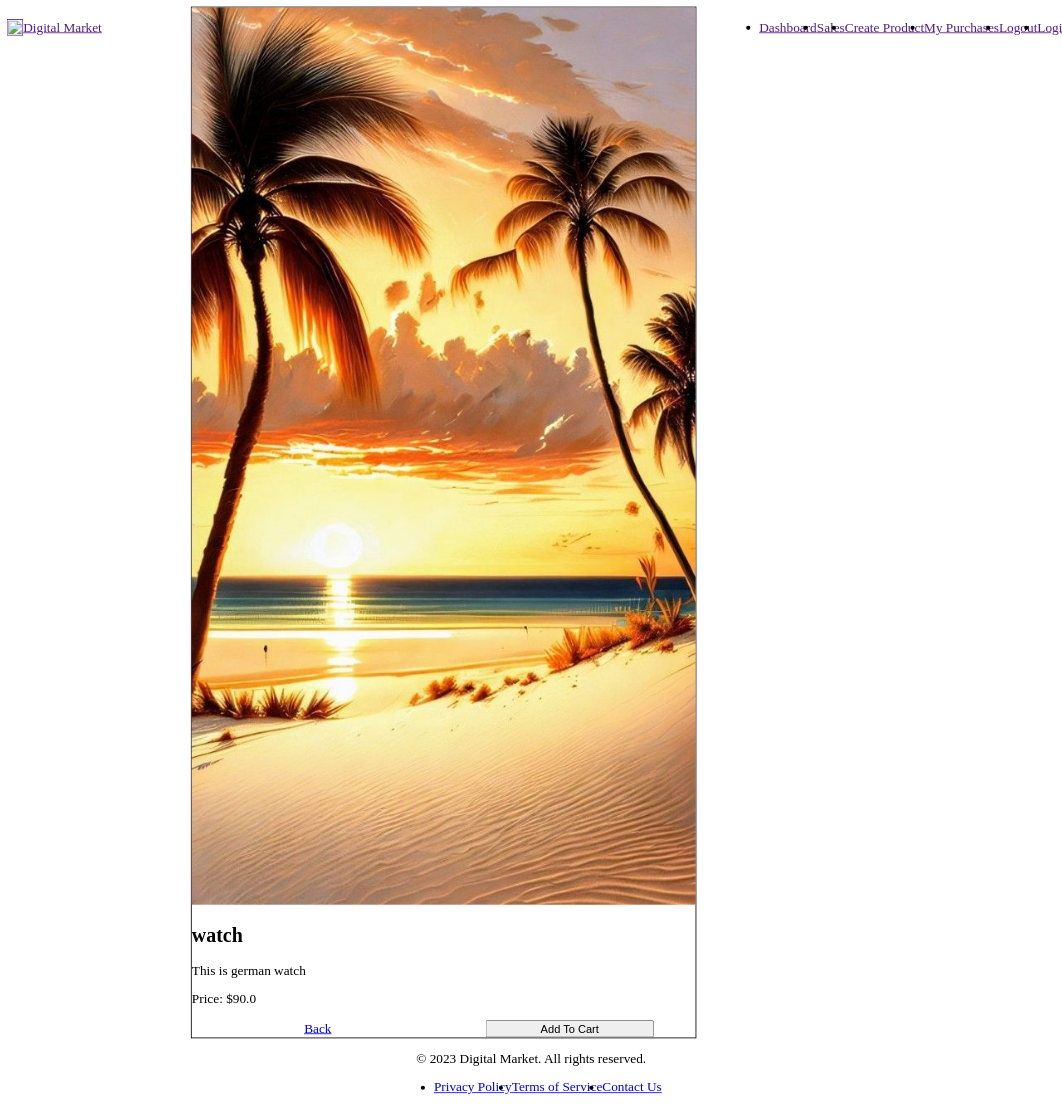
Repository: Zedestar/DigitalMarket_django
Page: http://localhost/product_details/5/
The author's editor kept a copy of each file at every save. The page is drawn from the files as they stood at one save, then again after the next save.
The browser window is 1280 px wide. The pictures show the whole page, at 83% of full size.
The page is served by the project's application, run on Django 5.2 (manage.py). Other server files are loaded and not shown. Style sheets and scripts are compiled from the project's sources, by tool versions that may differ from the author's. The page reads the database file committed with the project.

Above is the page before, as saved 2025-03-19 21:33:01.

### myapp/templates/myapp/product_details.html
{% extends 'base.html' %}
{% block body %}
    <div class="shadow-lg flex items-center justify-center h-76 w-10/12">
        <div class="shadow-lg hover:shadow-2xl w-72 border border-gray-200 rounded-sm m-2">
            <!-- Image Section (Fixed Height) -->
            <div class="w-72 h-72 bg-gray-100">
                <img src="{{ product.photo.url }}"
                     alt="{{ product.name }}"
                     class="w-72 h-72 object-center">
            </div>
            <!-- Content Section -->
            <div class="px-5 py-2 w-full">
                <h2 class="font-bold text-xl text-gray-900 truncate">{{ product.name }}</h2>
                <p class="text-gray-600 text-sm line-clamp-2">{{ product.description|truncatewords:4 }}</p>
                <p class="text-green-600 font-semibold text-md">Price: ${{ product.price }}</p>
                <div class="flex items-center justify-around  text-center">
                    <a href="{% url 'index_view' %}"
                       class="mt-1 w-1/3 bg-green-600 text-white font-medium p-1 rounded-sm hover:bg-green-700 active:bg-green-700 transition">
                        Back
                    </a>
                    <button class="mt-1 w-1/3 bg-green-500 text-white font-medium p-1 rounded-sm hover:bg-green-600 active:bg-green-700 transition">
                        Add To Cart
                    </button>
                </div>
            </div>
        </div>
    </div>
{% endblock body %}

### templates/base.html
{% load static %}
<!DOCTYPE html>
<html lang="en">
    <head>
        <meta charset="UTF-8">
        <meta name="viewport" content="width=device-width, initial-scale=1.0">
        <meta name="keywords">
        <meta name="description">
        <title>Document</title>
        <link rel="stylesheet" href="{% static 'tailwind/styles.css' %}">
    </head>
    <body class="bg-gray-200 flex flex-col min-h-screen">
        {% include 'partials/navbar.html' %}
        <main class="flex-grow mt-10 h-full">
            {% block body %}
            {% endblock body %}
        </main>
        {% include 'partials/footer.html' %}
    </body>
</html>

### templates/partials/navbar.html
<nav class="fixed top-0 w-full z-10">
    <div class="flex justify-between shadow-lg py-2 text-sm font-medium">
        <a href="" class="flex items-center justify-center ml-6">
            <img src="" alt="" height="20px" width="20px">
            <span class="mx-2 text-green-600 text-24">Digital Market</span>
        </a>
        <ul class="mr-6 flex">
            <li class="mx-4">
                <a href="">Dashboard</a>
            </li>
            <li class="mx-4">
                <a href="">Sales</a>
            </li>
            <li class="mx-4">
                <a href="">Create Product</a>
            </li>
            <li class="mx-4">
                <a href="">My Purchases</a>
            </li>
            <li class="mx-4">
                <a href="">Logout</a>
            </li>
            <li class="mx-4">
                <a href="">Login</a>
            </li>
        </ul>
    </div>
</nav>

### templates/partials/footer.html
<footer class="bg-gray-200 text-black py-1 shadow-lg bottom-0 w-full">
    <div class="container mx-auto text-center">
        <p>&copy; 2023 Digital Market. All rights reserved.</p>
        <ul class="flex justify-center">
            <li class="mx-4">
                <a href="#" class="hover:underline">Privacy Policy</a>
            </li>
            <li class="mx-4">
                <a href="#" class="hover:underline">Terms of Service</a>
            </li>
            <li class="mx-4">
                <a href="#" class="hover:underline">Contact Us</a>
            </li>
        </ul>
    </div>
</footer>

### myapp/models.py
from django.db import models

# Create your models here.


class Product(models.Model):
    name = models.CharField(max_length=100, null=False, blank=False)
    description = models.TextField()
    price = models.FloatField(null=False, blank=False)
    photo = models.ImageField(upload_to='product-photos')
    created_at = models.DateTimeField(auto_now_add=True)
    updated_at = models.DateTimeField(auto_now=True)

    def __str__(self):
        return self.name

### myapp/views.py
from django.shortcuts import render
from .models import Product

# Create your views here.


def index(request):
    products = Product.objects.all()
    context = {
        'products' : products
    }
    return render(request, 'myapp/index.html', context=context)


def product_details(request, pk):
    product = Product.objects.get(pk=pk)
    context = {
        'product' : product
    }
    return render(request, 'myapp/product_details.html', context=context)

### DigitalMarket/urls.py
"""
URL configuration for DigitalMarket project.

The `urlpatterns` list routes URLs to views. For more information please see:
    https://docs.djangoproject.com/en/5.1/topics/http/urls/
Examples:
Function views
    1. Add an import:  from my_app import views
    2. Add a URL to urlpatterns:  path('', views.home, name='home')
Class-based views
    1. Add an import:  from other_app.views import Home
    2. Add a URL to urlpatterns:  path('', Home.as_view(), name='home')
Including another URLconf
    1. Import the include() function: from django.urls import include, path
    2. Add a URL to urlpatterns:  path('blog/', include('blog.urls'))
"""
from django.contrib import admin
from django.urls import path, include
from django.conf import settings
from django.conf.urls.static import static

urlpatterns = [
    path('admin/', admin.site.urls),
    path('', include('myapp.urls')),
]

urlpatterns += static(settings.MEDIA_URL, document_root=settings.MEDIA_ROOT)

### myapp/urls.py
from .  import views
from django.urls import path

urlpatterns = [
    path('', views.index, name='index_view'),
    path('product_details/<str:pk>/', views.product_details, name='product_details'),
]

### db.sqlite3 (the tables this page reads, as SQL)
CREATE TABLE "myapp_product" ("id" integer NOT NULL PRIMARY KEY AUTOINCREMENT, "name" varchar(100) NOT NULL, "description" text NOT NULL, "price" real NOT NULL, "created_at" datetime NOT NULL, "updated_at" datetime NOT NULL, "photo" varchar(100) NOT NULL, "category_id" bigint NULL REFERENCES "myapp_category" ("id") DEFERRABLE INITIALLY DEFERRED);
INSERT INTO "myapp_product" VALUES
(5, 'watch', 'This is german watch', 90.0, '2025-03-19 15:09:57.364696', '2025-03-19 15:09:57.364696', 'product-photos/wallpaper_T6tvKyB.jpg', NULL),
(6, 'bicycle', 'THis is electric bucycle', 80.0, '2025-03-19 15:11:28.591059', '2025-03-19 15:11:28.591059', 'product-photos/wallpaper_3pVK7fH.jpg', NULL),
(7, 'Guitar', 'This is electric guiatar made with steal', 400.0, '2025-03-19 15:36:16.491002', '2025-03-19 15:36:16.496000', 'product-photos/zedddy.jpg', NULL),
(8, 'books', 'Made in China', 2.0, '2025-03-19 17:16:41.118921', '2025-03-19 17:16:41.118921', 'product-photos/tempFileForShare_20250207-083344.jpg', NULL),
(9, 'Silver Crest', 'Heavy duty', 30.0, '2025-03-19 17:18:02.422139', '2025-03-19 17:18:02.422139', 'product-photos/african_men.jpg', NULL);

Loaded but not shown: static/tailwind/tailwindClasses.css (common file)

After the next save:
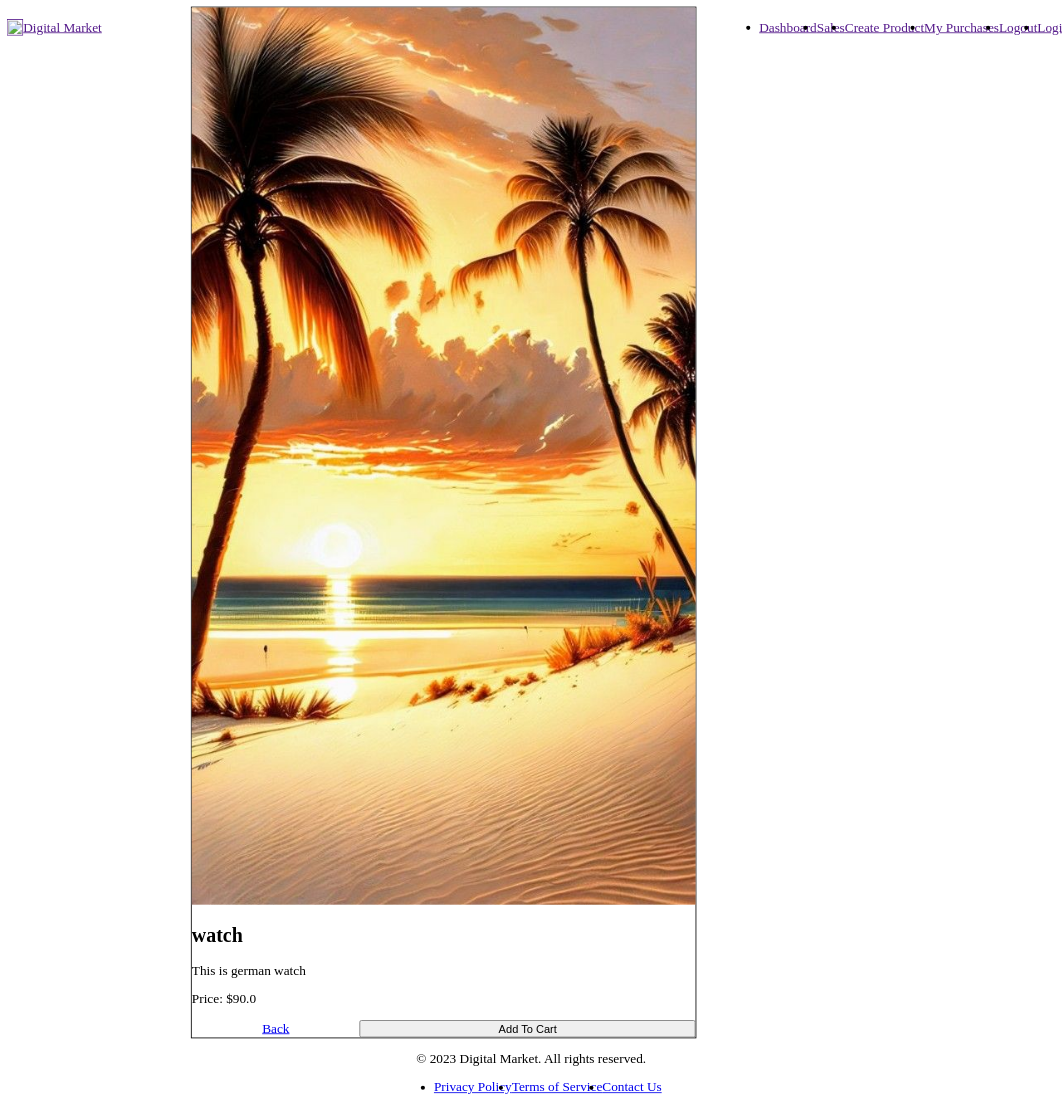
Saved 22 s later.
--- a/myapp/templates/myapp/product_details.html
+++ b/myapp/templates/myapp/product_details.html
@@ -18,7 +18,7 @@
                        class="mt-1 w-1/3 bg-green-600 text-white font-medium p-1 rounded-sm hover:bg-green-700 active:bg-green-700 transition">
                         Back
                     </a>
-                    <button class="mt-1 w-1/3 bg-green-500 text-white font-medium p-1 rounded-sm hover:bg-green-600 active:bg-green-700 transition">
+                    <button class="mt-1 w-2/3 bg-green-500 text-white font-medium p-1 rounded-sm hover:bg-green-600 active:bg-green-700 transition">
                         Add To Cart
                     </button>
                 </div>
